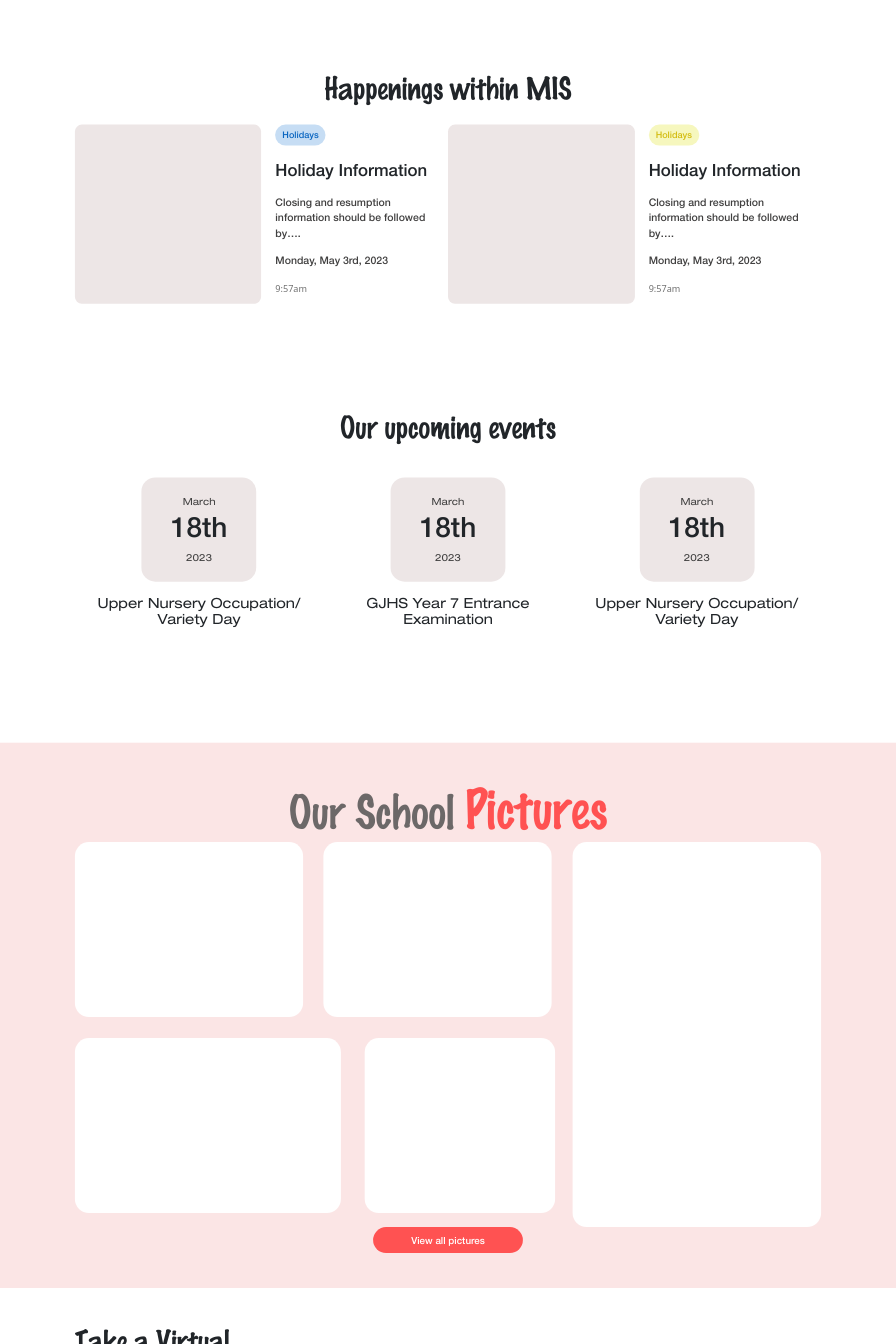
Repository: sarahnnanyelugo/MIGS
Page: /
An editor plug-in stored every save of this project. The page is shown before and after the next save, followed by the edit.
The browser window is 1280 px wide. The pictures show the part of the page from y = 4580 to 6500 px (the page is 7226 px tall before and 7464 px after), at 70% of full size.
The project was rebuilt for these pictures with package versions that can differ from the ones it lists, and the page was loaded fresh each time.

Above is the page before, as saved 2023-05-31 11:41:33.

After the next save:
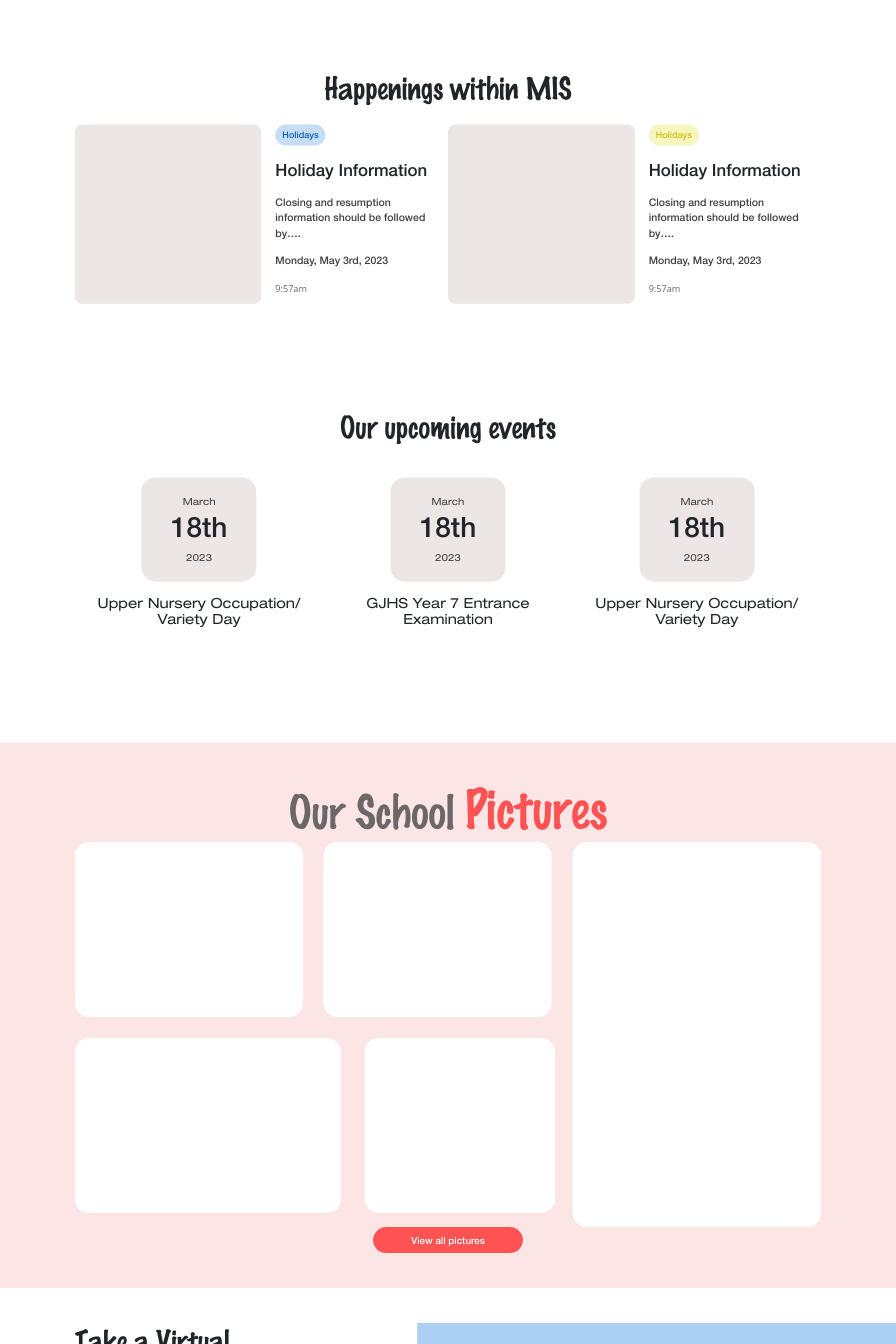
Saved 28 s later.
--- a/src/components/Tour/tour.scss
+++ b/src/components/Tour/tour.scss
@@ -1,5 +1,7 @@
 .tour-container {
   padding: 50px 0;
   .vidieo-div {
+    height: 454px;
+    background: #acd0f4;
   }
 }
